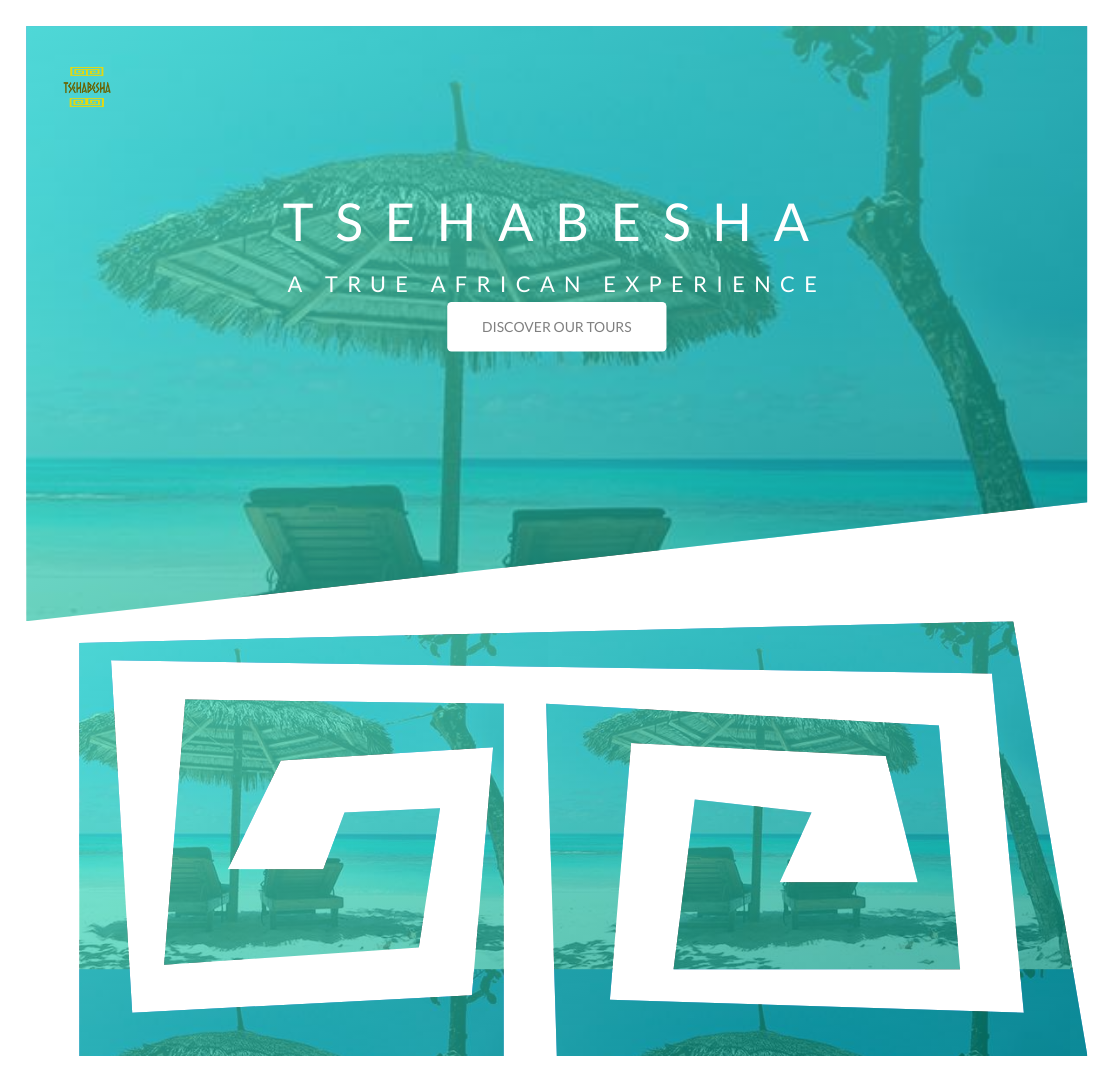
Repository: Azariagmt/tour-and-travel
Page: index.html
An editor plug-in stored every save of this project. The page is shown before and after a run of saves, followed by the edit.
The browser window is 1280 px wide. The pictures show the whole page, at 87% of full size.

Above is the page before, as saved 2020-03-24 23:47:28.

After the next 3 saves:
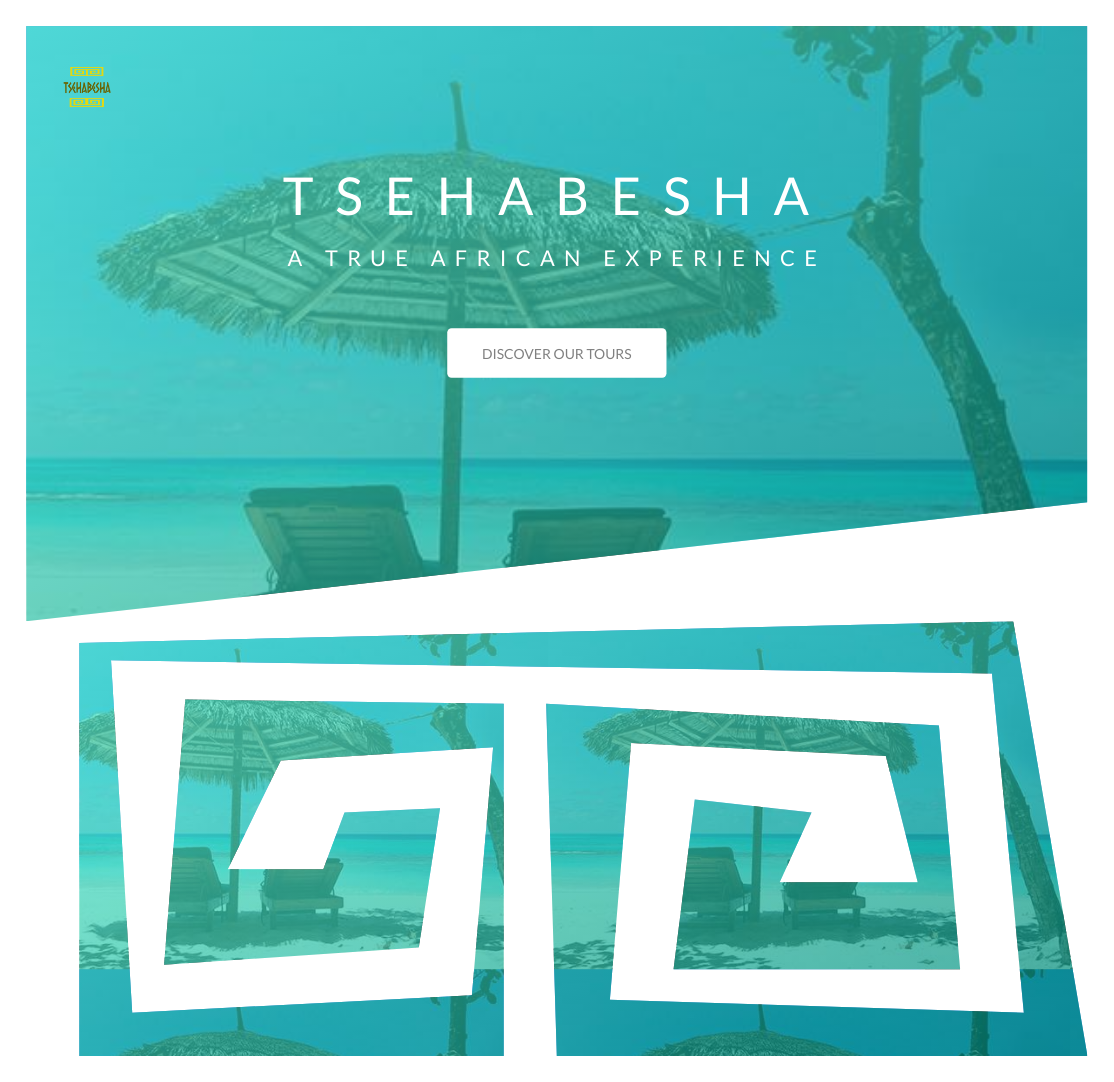
The 3 saves are shown as one change because they came seconds apart.
The last was saved 57 s later.
--- a/css/style.css
+++ b/css/style.css
@@ -44,6 +44,7 @@ body {
   color: white;
   text-transform: uppercase;
   backface-visibility: hidden;
+  margin-bottom: 60px;
   /* line-height: 95vh; */
 }
 
